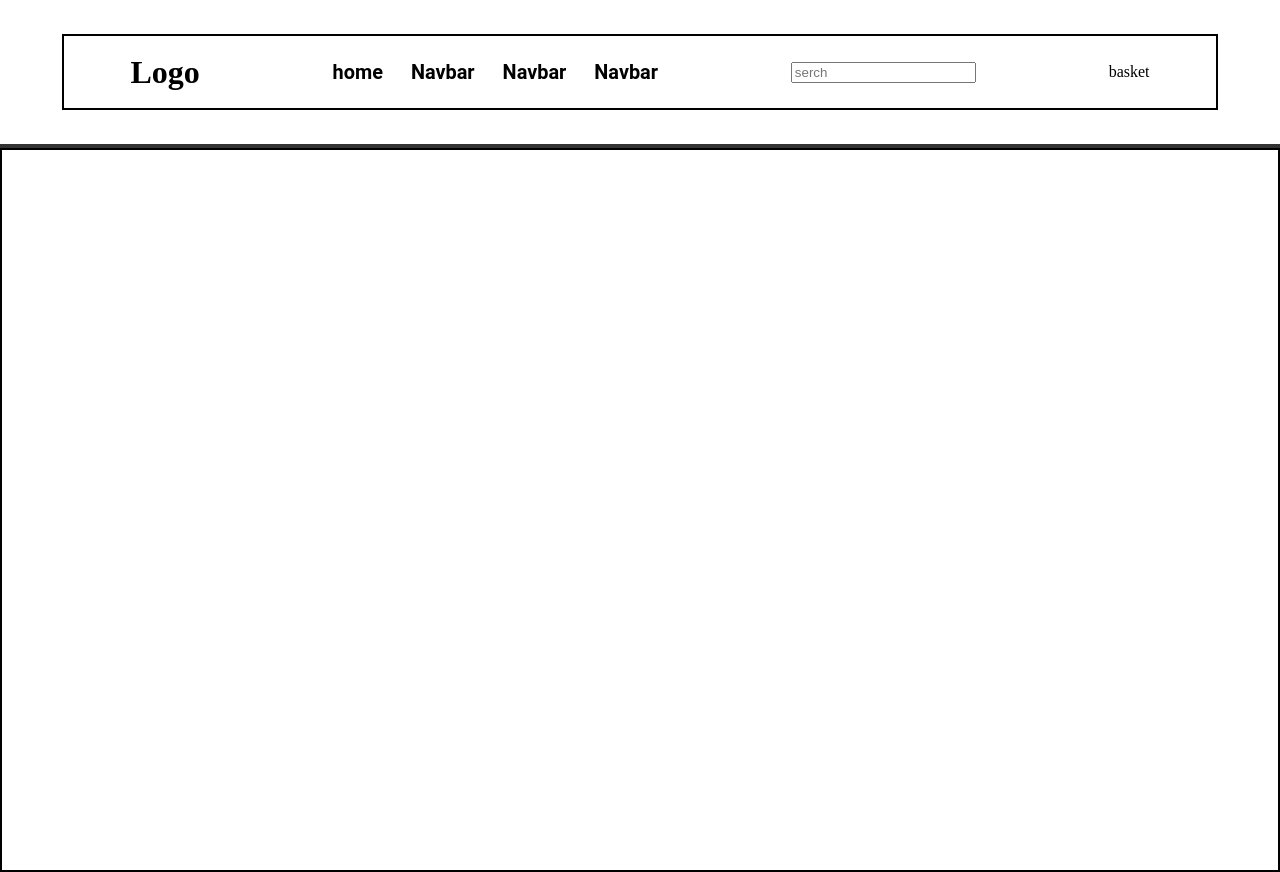
Repository: Islam432/Islam-and-Arsi---team
Page: /
The author's editor kept a copy of each file at every save. The page is drawn from the files as they stood at one save, then again after the next save.
The browser window is 1280 px wide. The pictures show the whole page.
The project was rebuilt for these pictures with package versions that can differ from the ones it lists, and the page was loaded fresh each time. Also part of the build but not shown: vite.config.js, src/App.css, src/components/Comp/Comp.jsx.

Above is the page before, as saved 2023-03-11 23:03:03.

After the next save:
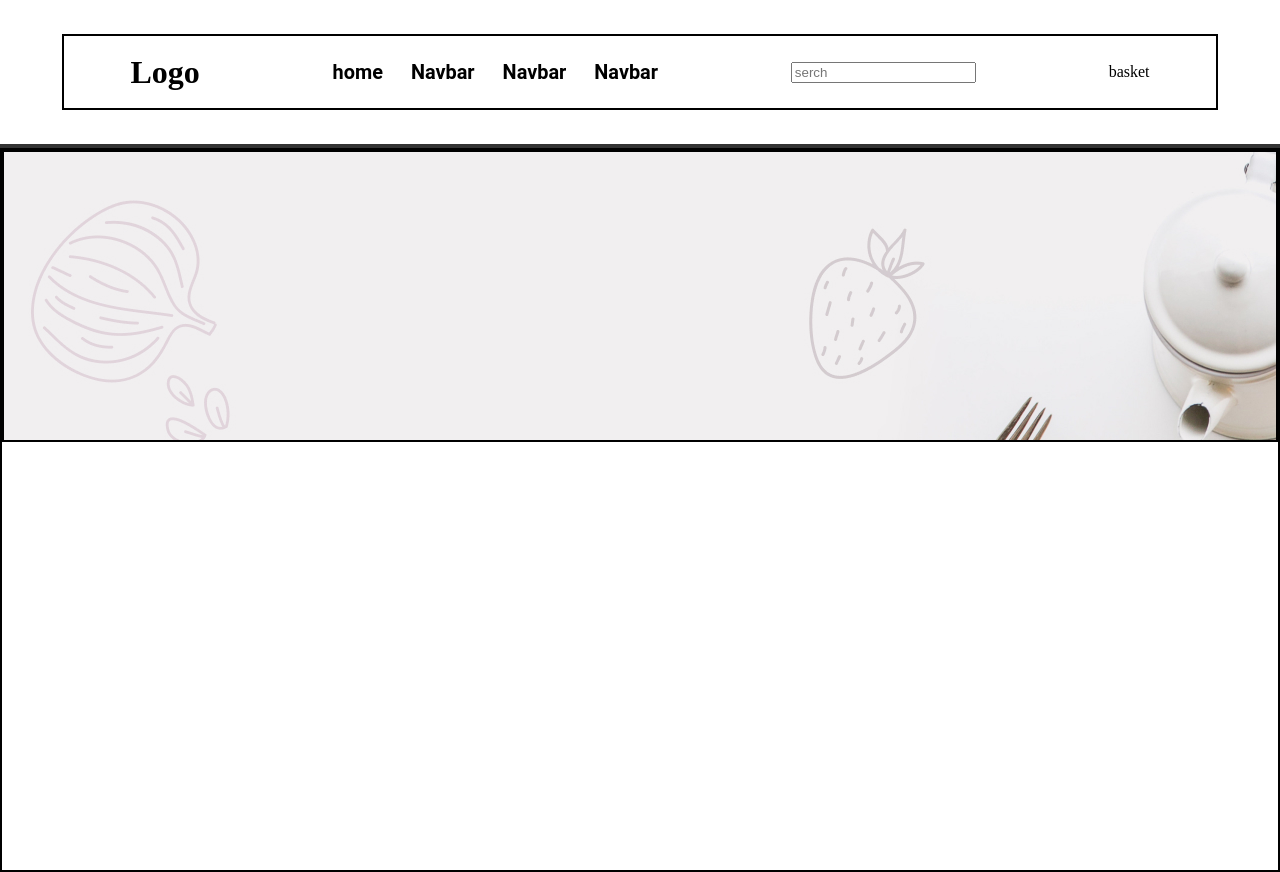
Saved 17 s later.
--- a/src/components/Home/Home.module.css
+++ b/src/components/Home/Home.module.css
@@ -4,7 +4,7 @@
 
   border: 2px solid black;
 }
-.blok{
+.blok1{
     background:url('./Banner.jpg') ;
    height: 40vh;
 
